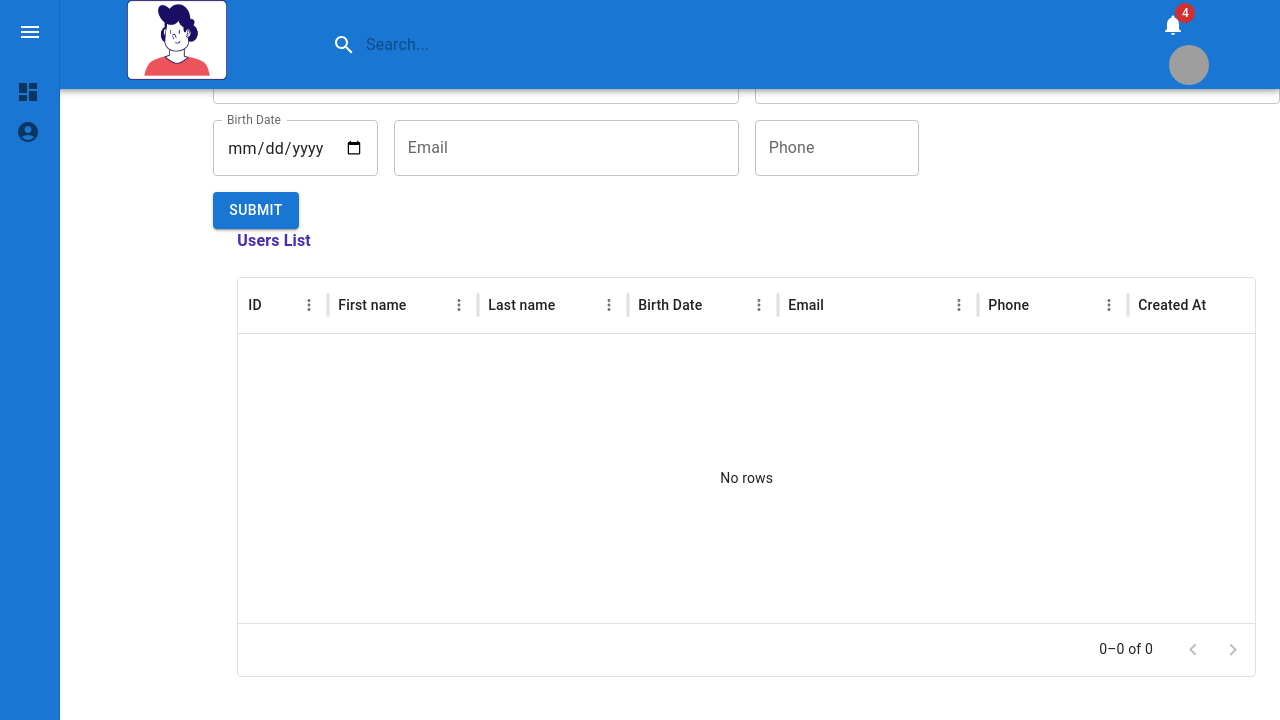
Repository: lenx0/front-client-manager
Page: /
These files come from the project's save history. The page is drawn as it stood at one moment and after a run of saves; the edit follows.
The browser window is 1280 px wide. The pictures show the whole page.
Pictures or frames that could not be fetched are drawn as grey boxes. The page's requests for data from a server got no answer. The project was rebuilt for these pictures with package versions that can differ from the ones it lists, and the page was loaded fresh each time. No one was signed in, and anything a server would have sent is missing. Also part of the build but not shown: vite.config.js, src/App.css.

Above is the page before, as saved 2024-06-25 13:10:07.

### index.html
<!doctype html>
<html lang="en">
  <head>
    <meta charset="UTF-8" />
    <meta name="viewport" content="width=device-width, initial-scale=1.0" />
    <title>Client Manager</title>
  </head>
  <body>
    <div id="root"></div>
    <script type="module" src="/src/main.jsx"></script>
  </body>
</html>

### src/App.jsx
import { Box, Grid } from '@mui/material'
import './App.css'
import UserForm from './components/UserForm'
import UserList from './components/UserList'
import Header from './components/Layout/Header'
import Sidebar from './components/Layout/Sidebar'

function App() {

  return (
    <Grid container>
      <Grid item xs={12}>
        <Header />
      </Grid>
      <Grid item xs={2}>
        <Sidebar />
      </Grid>
      <Grid item xs={10}>
        <UserForm />
        <UserList />
      </Grid>
    </Grid>
  )
}

export default App

### src/components/UserForm.jsx
import React from 'react';
import { useForm } from 'react-hook-form';
import CustomInput from './CustomInput';
import { Button, Grid, Typography } from '@mui/material';
import axios from 'axios';

const UserForm = () => {
  const { handleSubmit, control, reset } = useForm();

  const onSubmit = async (data) => {
    try {
      const response = await axios.post('http://localhost:3100/v1/users/create', data);
      console.log('Dados enviados com sucesso:', response.data);
      reset();
    } catch (error) {
      console.error('Erro ao enviar dados:', error);
    }
  };

  return (
    <Grid container direction="column" xs={12}>
      <Typography fontWeight={700} pb={3} color="#492cb3">
        General Details
      </Typography>
      <form onSubmit={handleSubmit(onSubmit)}>
        <Grid container spacing={2}>
          <Grid item xs={6}>
            <CustomInput
              name="firstName"
              control={control}
              label="First Name"
              rules={{ required: 'First name is required' }}
            />
          </Grid>
          <Grid item xs={6}>
            <CustomInput
              name="lastName"
              control={control}
              label="Last Name"
              rules={{ required: 'Last name is required' }}
            />
          </Grid>
          <Grid item xs={2}>
            <CustomInput
              name="birthDate"
              control={control}
              label="Birth Date"
              placeHolder="none"
              type="date"
              rules={{ required: 'Birth date is required' }}
              defaultValue=""
            />
          </Grid>
          <Grid item xs={4}>
            <CustomInput
              name="email"
              control={control}
              label="Email"
              type="email"
              rules={{
                required: 'Email is required',
                pattern: {
                  value: /^[a-zA-Z0-9_.+-]+@[a-zA-Z0-9-]+\.[a-zA-Z0-9-.]+$/,
                  message: 'Enter a valid email address',
                },
              }}
            />
          </Grid>
          <Grid item xs={2}>
            <CustomInput
              name="phone"
              control={control}
              label="Phone"
              rules={{ required: 'Phone number is required' }}
            />
          </Grid>
          <Grid item xs={12}>
            <Button type="submit" variant="contained" color="primary">
              Submit
            </Button>
          </Grid>
        </Grid>
      </form>
    </Grid>
  );
};

export default UserForm;

### src/components/UserList/index.jsx
import React, { useState, useEffect } from 'react';
import { DataGrid } from '@mui/x-data-grid';
import axios from 'axios';
import { Box, Container, Typography } from '@mui/material';

const UserList = () => {
  const [users, setUsers] = useState([]);
  const [loading, setLoading] = useState(true);

  useEffect(() => {
    const fetchUsers = async () => {
      try {
        const response = await axios.get('http://localhost:3100/v1/users/list');
        setUsers(response.data);
        setLoading(false);
      } catch (error) {
        console.error('Erro ao buscar usuários:', error);
        setLoading(false);
      }
    };

    fetchUsers();
  }, []);

  const columns = [
    { field: 'id', headerName: 'ID', width: 90 },
    { field: 'firstName', headerName: 'First name', width: 150 },
    { field: 'lastName', headerName: 'Last name', width: 150 },
    { field: 'birthDate', headerName: 'Birth Date', width: 150 },
    { field: 'email', headerName: 'Email', width: 200 },
    { field: 'phone', headerName: 'Phone', width: 150 },
    { field: 'moment', headerName: 'Created At', width: 180 },
  ];

  const rows = users.map((user, index) => ({
    id: index + 1,
    ...user,
  }));

  return (
    <Container>
      <Typography fontWeight={700} pb={3} color="#492cb3">Users List</Typography>
      <Box style={{ height: 400, width: '100%' }}>
        <DataGrid
          rows={rows}
          columns={columns}
          pageSize={5}
          rowsPerPageOptions={[5]}
          loading={loading}
          pagination
          paginationMode="client"
          initialState={{
            pagination: {
              paginationModel: { page: 1, pageSize: 5 }
            },
            sorting: {
              sortModel: [{ field: 'orderDate', sort: 'desc' }]
            }
          }}
        />
      </Box>
    </Container>
  );
};

export default UserList;

### src/components/Layout/Header.jsx
import React from 'react';
import { AppBar, Toolbar, Typography, InputBase, IconButton, Badge, Avatar, Grid } from '@mui/material';
import { Menu as MenuIcon, Search as SearchIcon, Notifications as NotificationsIcon, AccountCircle as AccountCircleIcon } from '@mui/icons-material';

const Header = () => {
  return (
    <AppBar position="fixed" sx={{ bgcolor: 'primary.main' }}>
      <Toolbar>
        <Grid container alignItems="center">
          <Grid item xs={1}>
            <IconButton
              size="large"
              edge="start"
              color="inherit"
              aria-label="open drawer"
            >
              <MenuIcon />
            </IconButton>
          </Grid>
          <Grid item xs={2}>
            <Typography variant="h6" noWrap>
              <img width={100} height={80} src="/images/bendy-call-user-window.png"/>
            </Typography>
          </Grid>
          <Grid item xs={8}>
            <div style={{ display: 'flex', alignItems: 'center' }}>
              <SearchIcon style={{ marginRight: '10px' }} />
              <InputBase
                placeholder="Search..."
                inputProps={{ 'aria-label': 'search' }}
                fullWidth
              />
            </div>
          </Grid>
          <Grid item xs={1}>
            <IconButton color="inherit">
              <Badge badgeContent={4} color="error">
                <NotificationsIcon />
              </Badge>
            </IconButton>
            <Avatar alt="User Avatar" src="/avatar.jpg" sx={{ ml: 2 }} />
          </Grid>
        </Grid>
      </Toolbar>
    </AppBar>
  );
};

export default Header;

### src/components/Layout/Sidebar.jsx
import React, { useState } from 'react';
import { Drawer, List, ListItem, ListItemIcon, ListItemText, IconButton } from '@mui/material';
import { Dashboard as DashboardIcon, AccountCircle as AccountCircleIcon, Menu as MenuIcon } from '@mui/icons-material';

const Sidebar = () => {
    const [open, setOpen] = useState(false);

    const toggleDrawer = () => {
        setOpen(!open);
    };

    const handleListItemClick = () => {
        setOpen(true); // Expande o Drawer ao clicar em qualquer item da lista
    };

    return (
        <Drawer
            variant="permanent"
            sx={{
                width: open ? 240 : 60,
                flexShrink: 0,
                '& .MuiDrawer-paper': {
                    width: open ? 240 : 60,
                    boxSizing: 'border-box',
                    transition: 'width 0.3s ease-in-out',
                    bgcolor: 'primary.main',
                    color: 'white',
                },
            }}
        >
            <div style={{ display: 'flex', justifyContent: 'center', alignItems: 'center', height: '64px' }}>
                <IconButton onClick={toggleDrawer} sx={{ color: 'white' }}>
                    <MenuIcon />
                </IconButton>
            </div>
            <List>
                <ListItem button onClick={handleListItemClick}>
                    <ListItemIcon>
                        <DashboardIcon />
                    </ListItemIcon>
                    {open && <ListItemText primary="Dashboard" />}
                </ListItem>
                <ListItem button onClick={handleListItemClick}>
                    <ListItemIcon>
                        <AccountCircleIcon />
                    </ListItemIcon>
                    {open && <ListItemText primary="Profile" />}
                </ListItem>
            </List>
        </Drawer>
    );
};

export default Sidebar;

### src/components/CustomInput.jsx
import React from 'react';
import { Controller } from 'react-hook-form';
import TextField from '@mui/material/TextField';

const CustomInput = ({ name, control, label, type = 'text', rules, defaultValue = '' }) => {
  return (
    <Controller
      name={name}
      control={control}
      defaultValue={defaultValue}
      rules={rules}
      render={({ field, fieldState: { error } }) => (
        <TextField
          {...field}
          label={label}
          type={type}
          error={!!error}
          helperText={error ? error.message : null}
          variant="outlined"
          InputLabelProps={type === 'date' ? { shrink: true } : {}}
          fullWidth
        />
      )}
    />
  );
};

export default CustomInput;

Loaded but not shown: src/main.jsx (common file); src/index.css (common file)

After the next 2 saves:
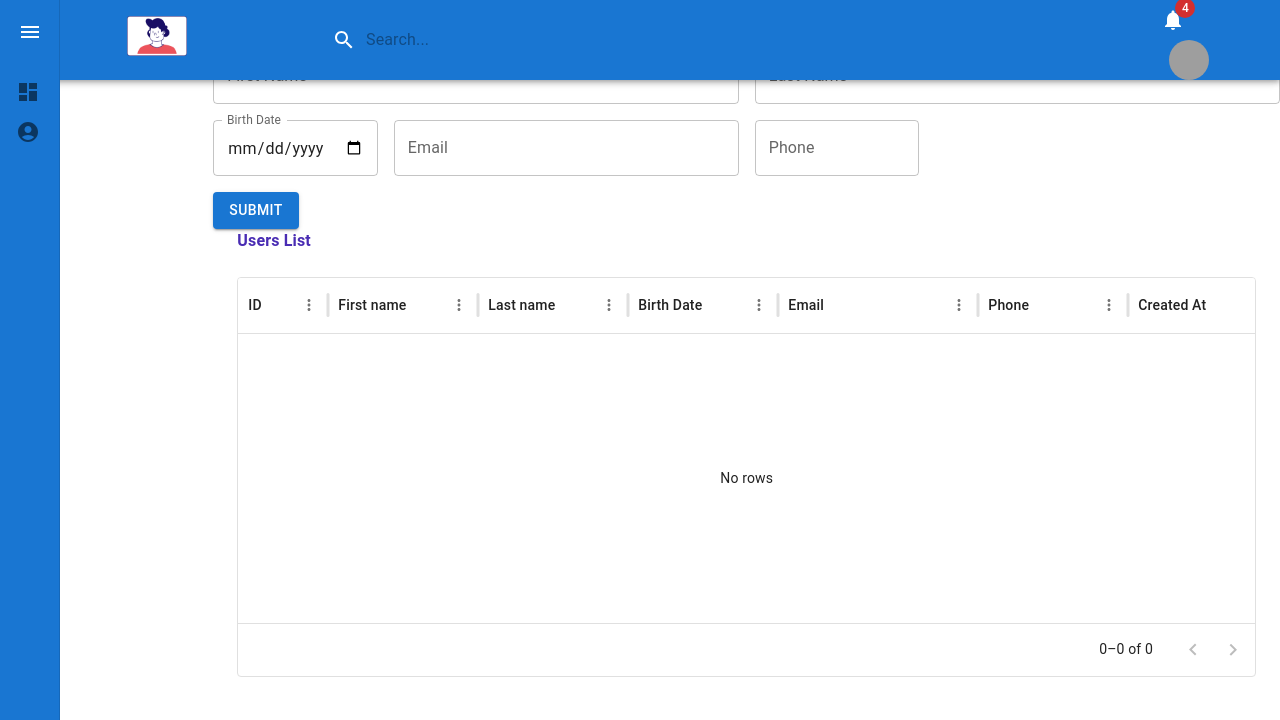
The 2 saves are shown as one change because they came seconds apart.
The last was saved 19 s later.
--- a/src/components/Layout/Header.jsx
+++ b/src/components/Layout/Header.jsx
@@ -19,7 +19,7 @@ const Header = () => {
           </Grid>
           <Grid item xs={2}>
             <Typography variant="h6" noWrap>
-              <img width={100} height={80} src="/images/bendy-call-user-window.png"/>
+              <img width={60} height={40} src="/images/bendy-call-user-window.png"/>
             </Typography>
           </Grid>
           <Grid item xs={8}>
